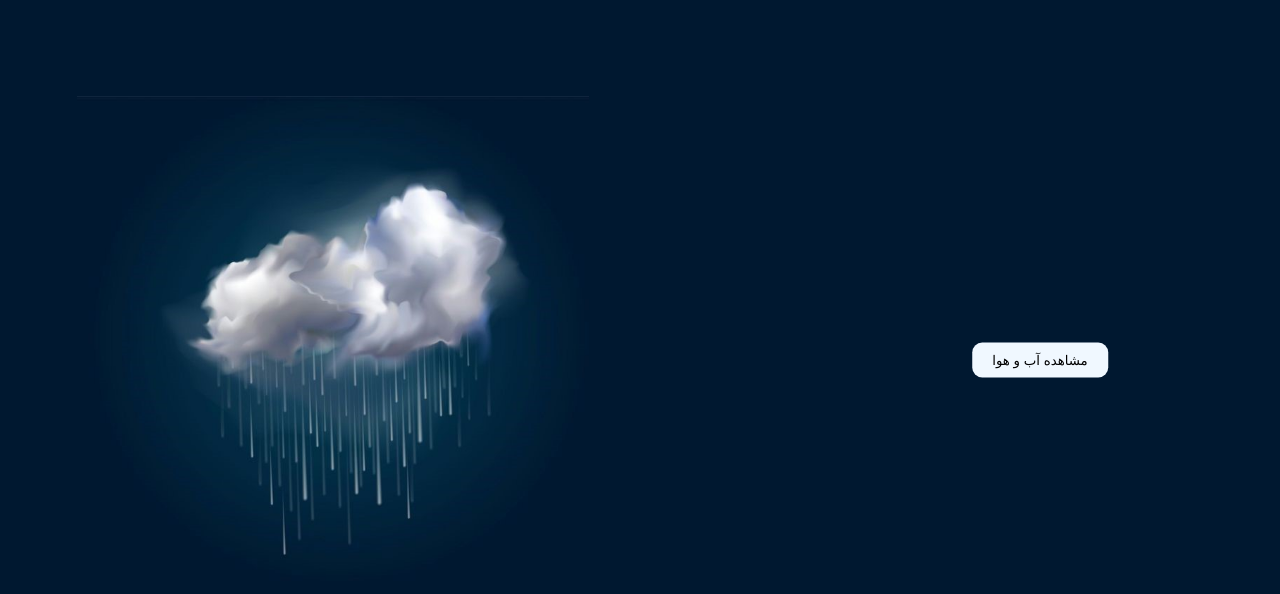
Repository: fateme81yosefi/weather
Page: landing/Landing.html
These files come from the project's save history. The page is drawn as it stood at one moment and after the next save; the edit follows.
The browser window is 1280 px wide. The pictures show the whole page.

Above is the page before, as saved 2025-02-02 16:46:56.

### landing/Landing.html
<!doctype html>
<html lang="en">
	<head>
		<meta charset="utf-8">
		<meta name="viewport" content="width=device-width,initial-scale=1">
        <link rel="stylesheet" href="./style/landing.css">

		<title>هواشناسی</title>
	</head>
	<body>
        <div class="container-landing">
            <div class="contain-btn">
                <button class="go-to-weather">مشاهده آب و هوا</button>
            </div>

        </div>


		<script src="./js/landing.js"></script>
	</body>

</html>

### landing/style/landing.css
body {
  margin: 0 !important;
  padding: 0;
  overflow: hidden;
  background-color: #001830;
}
.container-landing {
  background-image: url("../images/bg.jpg");
  background-position: center;
  background-size: 100%;
  background-repeat: no-repeat;
  height: 100vh;
  margin: 0;
  padding: 0;
}

.contain-btn {
  position: absolute;
  top: 50%;
  left: 50%;
  transform: translate(-50%, -50%) translateX(400px);
}
.go-to-weather {
  background-color: aliceblue;
  border: none;
  border-radius: 10px;
  padding: 10px 20px;
}
@media screen and (min-width: 1200px) {
  .container-landing {
    background-position: left;
    background-size: 40%;
    background-position: 10%;
  }
}

Loaded but not shown: landing/js/landing.js (no stored copy; drawn as an empty file)

After the next save:
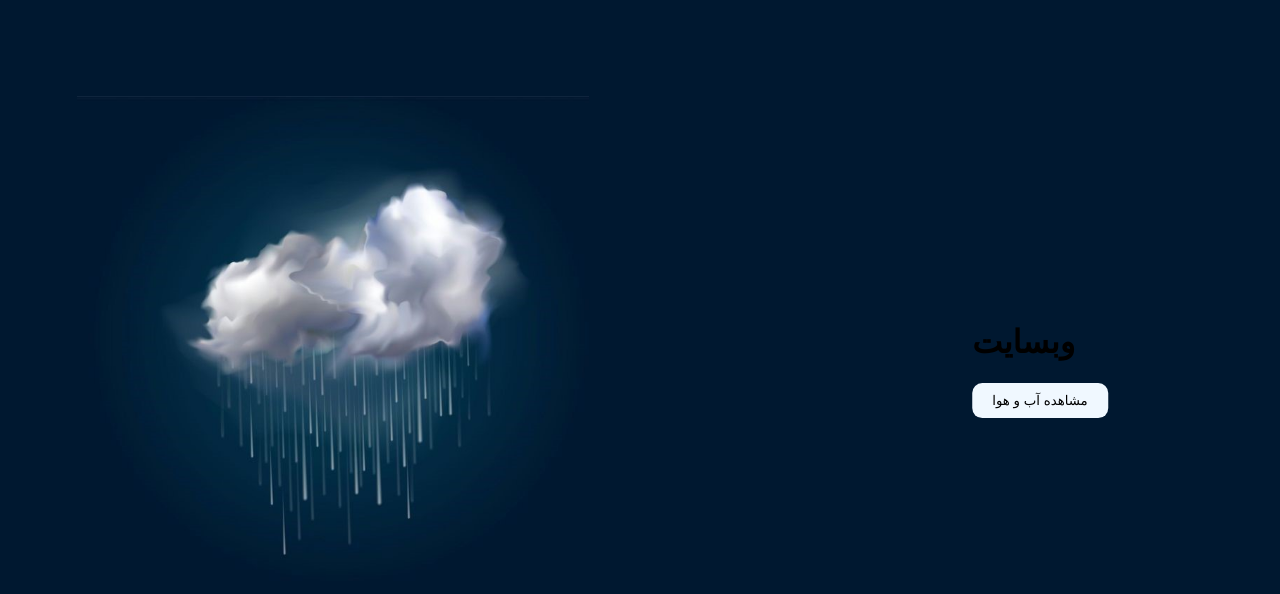
Saved 13 s later.
--- a/landing/Landing.html
+++ b/landing/Landing.html
@@ -10,6 +10,7 @@
 	<body>
         <div class="container-landing">
             <div class="contain-btn">
+                <h1>وبسایت </h1>
                 <button class="go-to-weather">مشاهده آب و هوا</button>
             </div>
 
